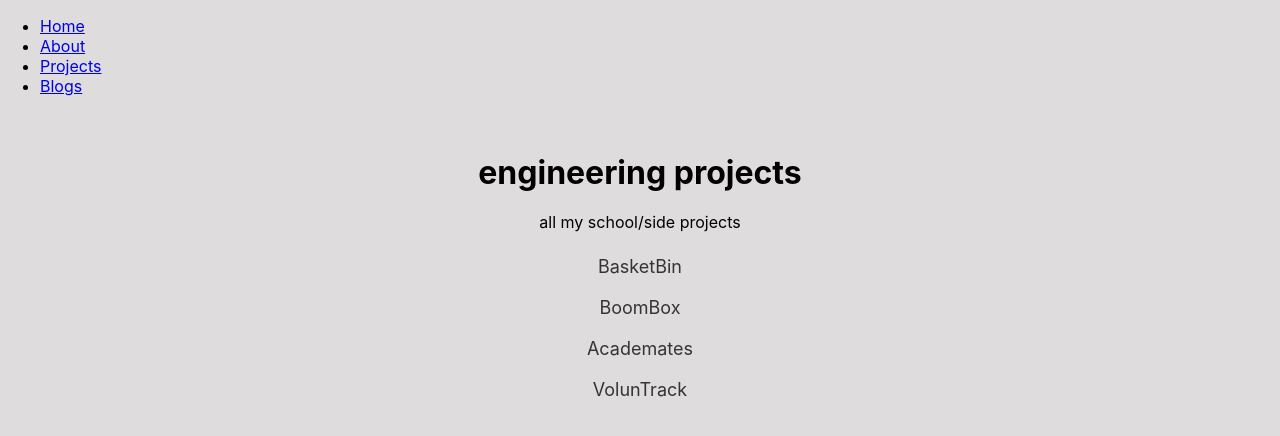
Repository: nicholaschen09/personalWebsite
Page: /projects/engineering
These files come from the project's save history. The page is drawn as it stood at one moment and after the next save; the edit follows.
The browser window is 1280 px wide. The pictures show the whole page.
The project was rebuilt for these pictures with package versions that can differ from the ones it lists, and the page was loaded fresh each time. Also part of the build but not shown: src/components/About.css, src/components/About.js, src/components/Home.js, src/components/Projects.css, src/components/Projects.js, src/components/Blog.css, src/components/Blog.js, src/components/Miscellaneous.css and 3 more.

Above is the page before, as saved 2024-08-10 09:03:22.

After the next save:
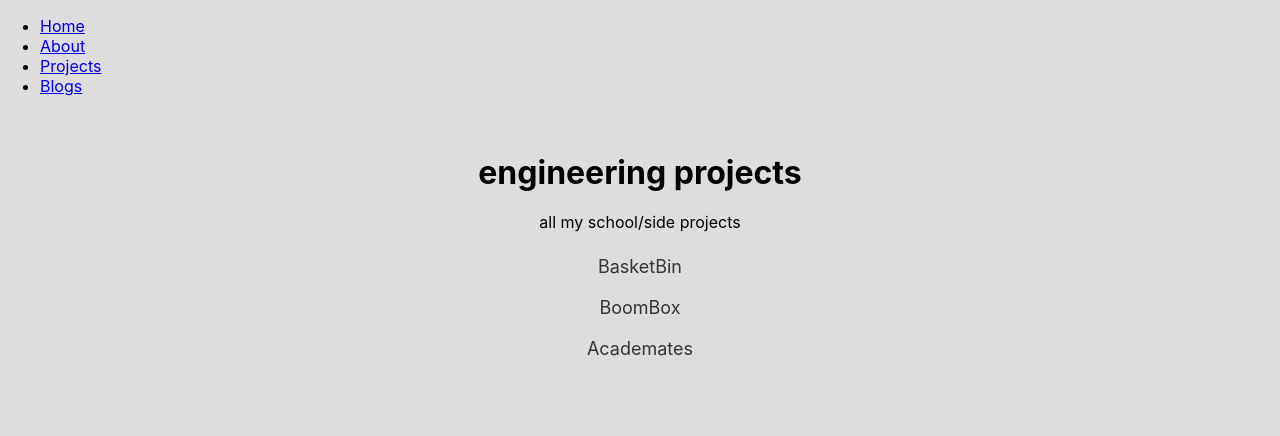
Saved 40 s later.
--- a/src/components/Engineering.js
+++ b/src/components/Engineering.js
@@ -10,7 +10,6 @@ const Engineering = () => {
                 <a href="/project1" className="project">BasketBin</a>
                 <a href="/project2" className="project">BoomBox</a>
                 <a href="/project3" className="project">Academates</a>
-                <a href="/project4" className="project">VolunTrack</a>
                 {/* Add more projects as needed */}
             </div>
         </div>
